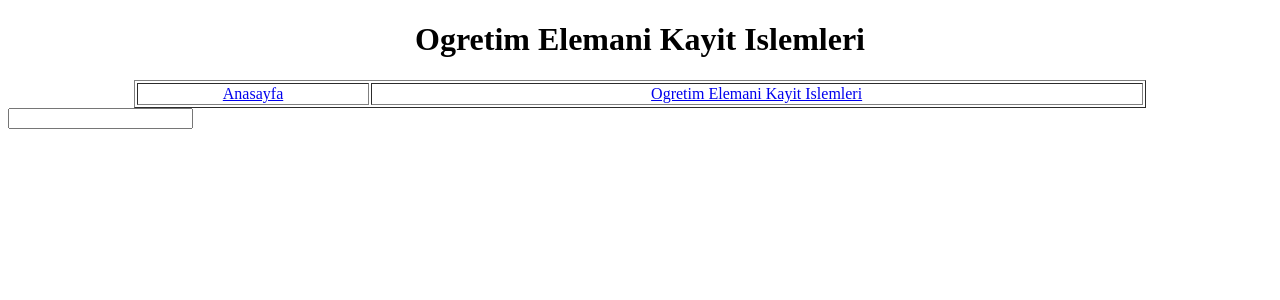
Repository: Egemen-ve-Burakhan-internet-final/final
Page: http://localhost/ogretim/ogretmen_kayit.jsp
These files come from the project's save history. The page is drawn as it stood at one moment and after the next save; the edit follows.
The browser window is 1280 px wide. The pictures show the whole page.
The page is served by Tomcat 9.

Above is the page before, as saved 2020-05-25 14:12:14.

After the next save:
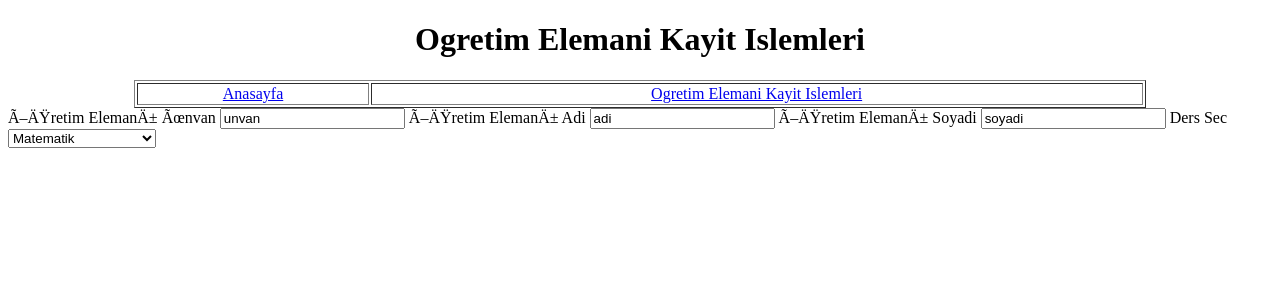
Saved 10 min 5 s later.
--- a/okul/ogretim/WebContent/ogretmen_kayit.jsp
+++ b/okul/ogretim/WebContent/ogretmen_kayit.jsp
@@ -21,9 +21,33 @@
 		</div>
 
 		<div>
-			<form method="get" >
-				<input type="t">
-			</form>
+			<form>
+		<label>Öğretim Elemanı Ünvan</label>
+		<input type="text" name="unvan" value="unvan">
+
+		<label>Öğretim Elemanı Adi</label>
+		<input type="text" name="adi" value="adi">
+
+		<label>Öğretim Elemanı Soyadi</label>
+		<input type="text" name="soyadi" value="soyadi">
+
+		<label>Ders Sec</label>
+		 <select name="ders" id="ders">
+		    <option value="matematik">Matematik</option>
+		    <option value="turkce">Turkce</option>
+		    <option value="ingilizce">Ingilizce</option>
+		    <option value="tarih">Tarih</option>
+		    <option value="felsefe">Felsefe</option>
+		    <option value="biyoloji">Biyoloji</option>
+		    <option value="fizik">Fizik</option>
+		    <option value="kimya">Kimya</option>
+		    <option value="internet_programciligi">Internet Programciligi</option>
+		    <option value="muzik">Muzik</option>
+		    <option value="beden_egitimi">Beden Eğitimi</option>
+		    <option value="din_kulturu">Din Kulturu</option>
+ 		 </select>
+
+	</form>
 		</div>
 
 
